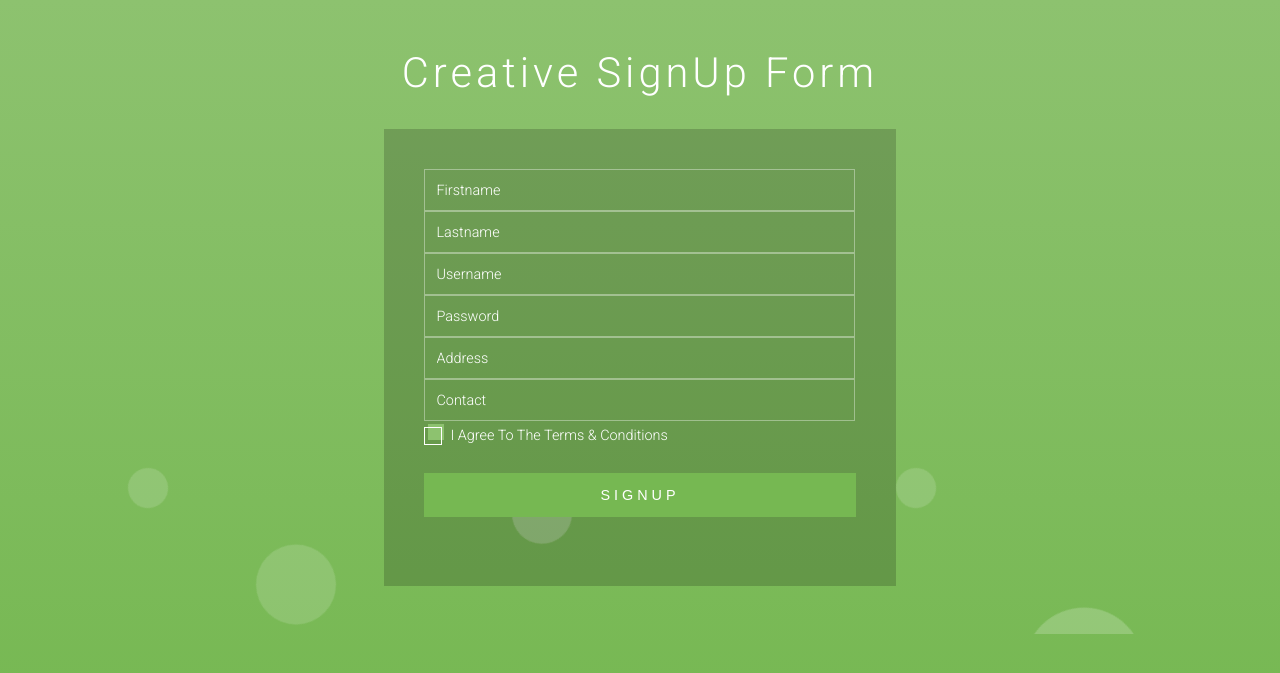
Repository: sagnik938/JSP-JSTL-and-Hibernate
Page: http://localhost/EmpRegForm/RegistrationForm.jsp
The author's editor kept a copy of each file at every save. The page is drawn from the files as they stood at one save, then again after the next save.
The browser window is 1280 px wide. The pictures show the whole page.
The page is served by Tomcat 9.

Above is the page before, as saved 2023-02-09 08:03:51.

After the next save:
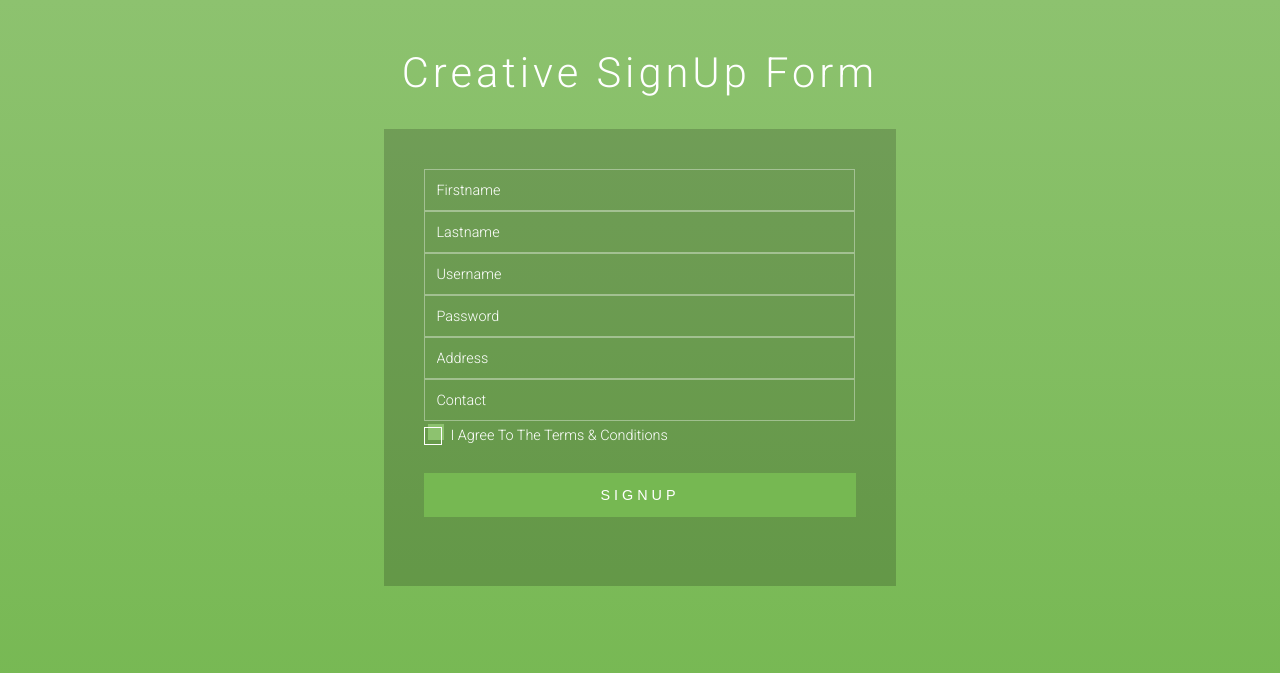
Saved 36 min 7 s later.
--- a/EmpRegForm/src/main/webapp/RegistrationForm.jsp
+++ b/EmpRegForm/src/main/webapp/RegistrationForm.jsp
@@ -37,20 +37,6 @@
           <input type="submit" value="SIGNUP">
         </form>
       </div>
-    </div>
-    <ul class="colorlib-bubbles">
-      <li></li>
-      <li></li>
-      <li></li>
-      <li></li>
-      <li></li>
-      <li></li>
-      <li></li>
-      <li></li>
-      <li></li>
-      <li></li>
-    </ul>
-  </div>
   <!-- //main -->
 </body>
 </html>

After the save that followed:
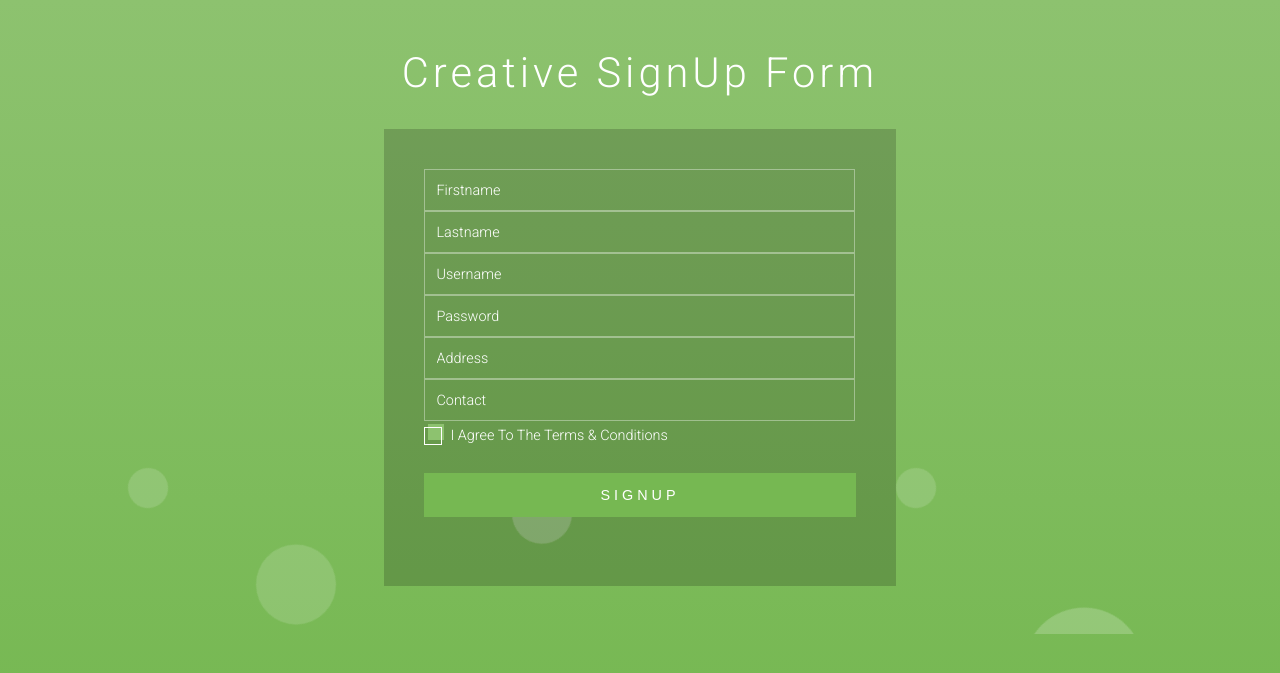
Saved 4 min 41 s later.
--- a/EmpRegForm/src/main/webapp/RegistrationForm.jsp
+++ b/EmpRegForm/src/main/webapp/RegistrationForm.jsp
@@ -37,6 +37,21 @@
           <input type="submit" value="SIGNUP">
         </form>
       </div>
+
+      </div>
+      <ul class="colorlib-bubbles">
+      <li></li>
+      <li></li>
+      <li></li>
+      <li></li>
+      <li></li>
+      <li></li>
+      <li></li>
+      <li></li>
+      <li></li>
+      <li></li>
+    </ul>
+  </div>
   <!-- //main -->
 </body>
 </html>
